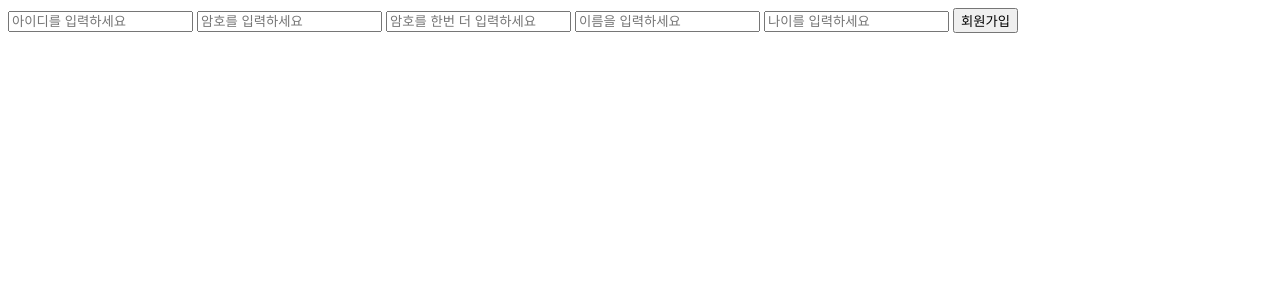
Repository: BangHoJung/jsp
Page: http://localhost/BoardProject_0105__/member/register.jsp
The author's editor kept a copy of each file at every save. The page is drawn from the files as they stood at one save, then again after the next save.
The browser window is 1280 px wide. The pictures show the whole page.
The page is served by Tomcat 9. Other server files are loaded and not shown.

Above is the page before, as saved 2020-12-29 07:40:25.

### BoardProject(0105~)/WebContent/member/register.jsp
<%@ page language="java" contentType="text/html; charset=UTF-8"
    pageEncoding="UTF-8"%>
<!DOCTYPE html>
<html>
<head>
<meta charset="UTF-8">
<title>Insert title here</title>
</head>
<body>
	<!-- 아이디, 암호, 이름, 나이 입력받는 회원가입 폼 -->
	<div id="container">
		<form action="" method="get">
			<input type="text" name="id" id="id" placeholder="아이디를 입력하세요">
			<input type="password" name="pass" id="pass" placeholder="암호를 입력하세요">
			<input type="password" name="pass2" id="pass2" placeholder="암호를 한번 더 입력하세요">
			<input type="text" name="name" id="name" placeholder="이름을 입력하세요">
			<input type="text" name="age" id="age" placeholder="나이를 입력하세요">
			<button type="submit">회원가입</button>
		</form>
	</div>
</body>
</html>

After the next save:
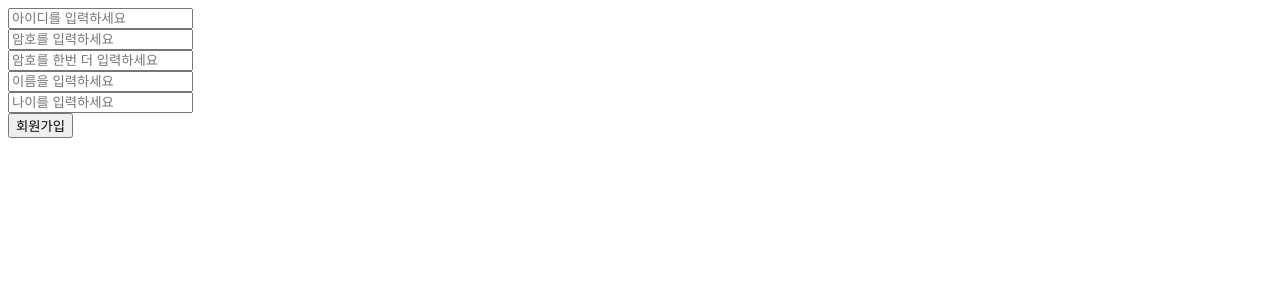
Saved 50 s later.
--- a/BoardProject(0105~)/WebContent/member/register.jsp
+++ b/BoardProject(0105~)/WebContent/member/register.jsp
@@ -10,11 +10,11 @@
 	<!-- 아이디, 암호, 이름, 나이 입력받는 회원가입 폼 -->
 	<div id="container">
 		<form action="" method="get">
-			<input type="text" name="id" id="id" placeholder="아이디를 입력하세요">
-			<input type="password" name="pass" id="pass" placeholder="암호를 입력하세요">
-			<input type="password" name="pass2" id="pass2" placeholder="암호를 한번 더 입력하세요">
-			<input type="text" name="name" id="name" placeholder="이름을 입력하세요">
-			<input type="text" name="age" id="age" placeholder="나이를 입력하세요">
+			<input type="text" name="id" id="id" placeholder="아이디를 입력하세요"> <br>
+			<input type="password" name="pass" id="pass" placeholder="암호를 입력하세요"><br>
+			<input type="password" name="pass2" id="pass2" placeholder="암호를 한번 더 입력하세요"><br>
+			<input type="text" name="name" id="name" placeholder="이름을 입력하세요"><br>
+			<input type="text" name="age" id="age" placeholder="나이를 입력하세요"><br>
 			<button type="submit">회원가입</button>
 		</form>
 	</div>
